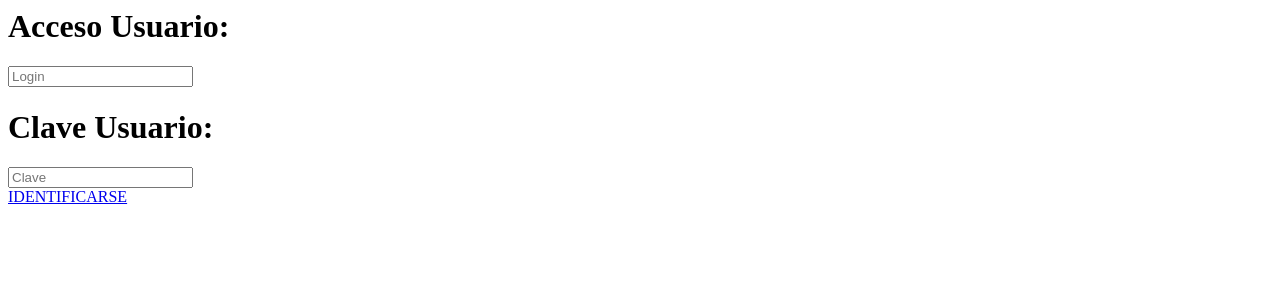
Repository: gamesrol/smartLament
Page: Cliente/partials/login.html
The author's editor kept a record of every edit. The page is drawn from the files as they stood at one moment, then again after the next edit.
The browser window is 1280 px wide. The pictures show the whole page.

Above is the page before.

### Cliente/partials/login.html
<div class=contenedorLogin>
    <h1>Acceso Usuario:</h1>
    <input type="text" class="LoginTxt" placeholder="Login"/>
    <h1>Clave Usuario:</h1>
    <input type="text" class="Login" placeholder="Clave"/>
    <br/>
    <a href = "#/home">IDENTIFICARSE</a>
</div>

After the next edit:
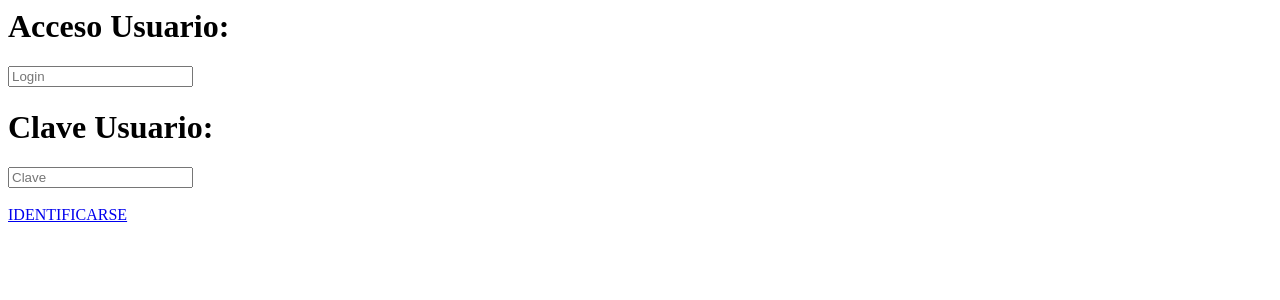
The edit:
--- a/Cliente/partials/login.html
+++ b/Cliente/partials/login.html
@@ -2,7 +2,7 @@
     <h1>Acceso Usuario:</h1>
     <input type="text" class="LoginTxt" placeholder="Login"/>
     <h1>Clave Usuario:</h1>
-    <input type="text" class="Login" placeholder="Clave"/>
-    <br/>
+    <input type="text" class="LoginTxt" placeholder="Clave"/>
+    <br/><br/>
     <a href = "#/home">IDENTIFICARSE</a>
 </div>
